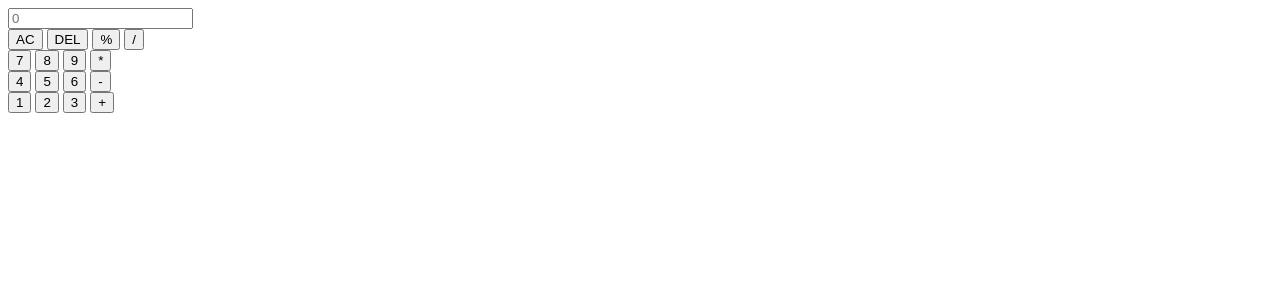
Repository: vaibhav1281/Calculator
Page: index.html
These files come from the project's save history. The page is drawn as it stood at one moment and after the next save; the edit follows.
The browser window is 1280 px wide. The pictures show the whole page.

Above is the page before, as saved 2023-05-06 19:40:26.

After the next save:
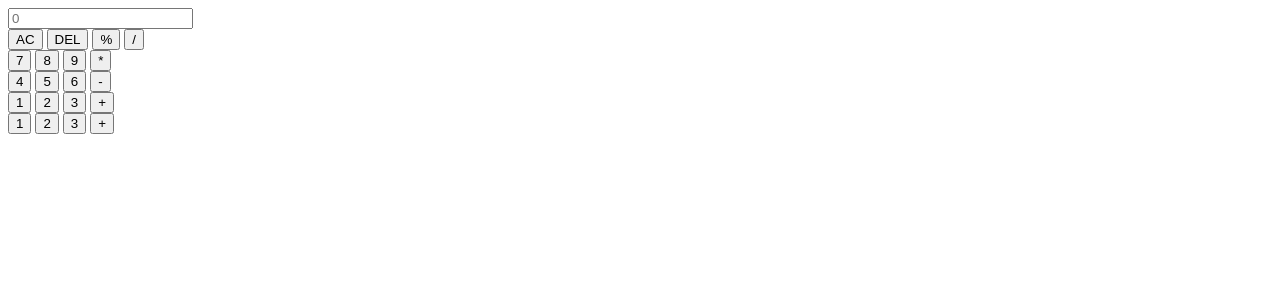
Saved 14 s later.
--- a/index.html
+++ b/index.html
@@ -34,6 +34,12 @@
             <button>3</button>
             <button>+</button>
         </div>
+        <div>
+            <button>1</button>
+            <button>2</button>
+            <button>3</button>
+            <button>+</button>
+        </div>
     </div>
 
 
